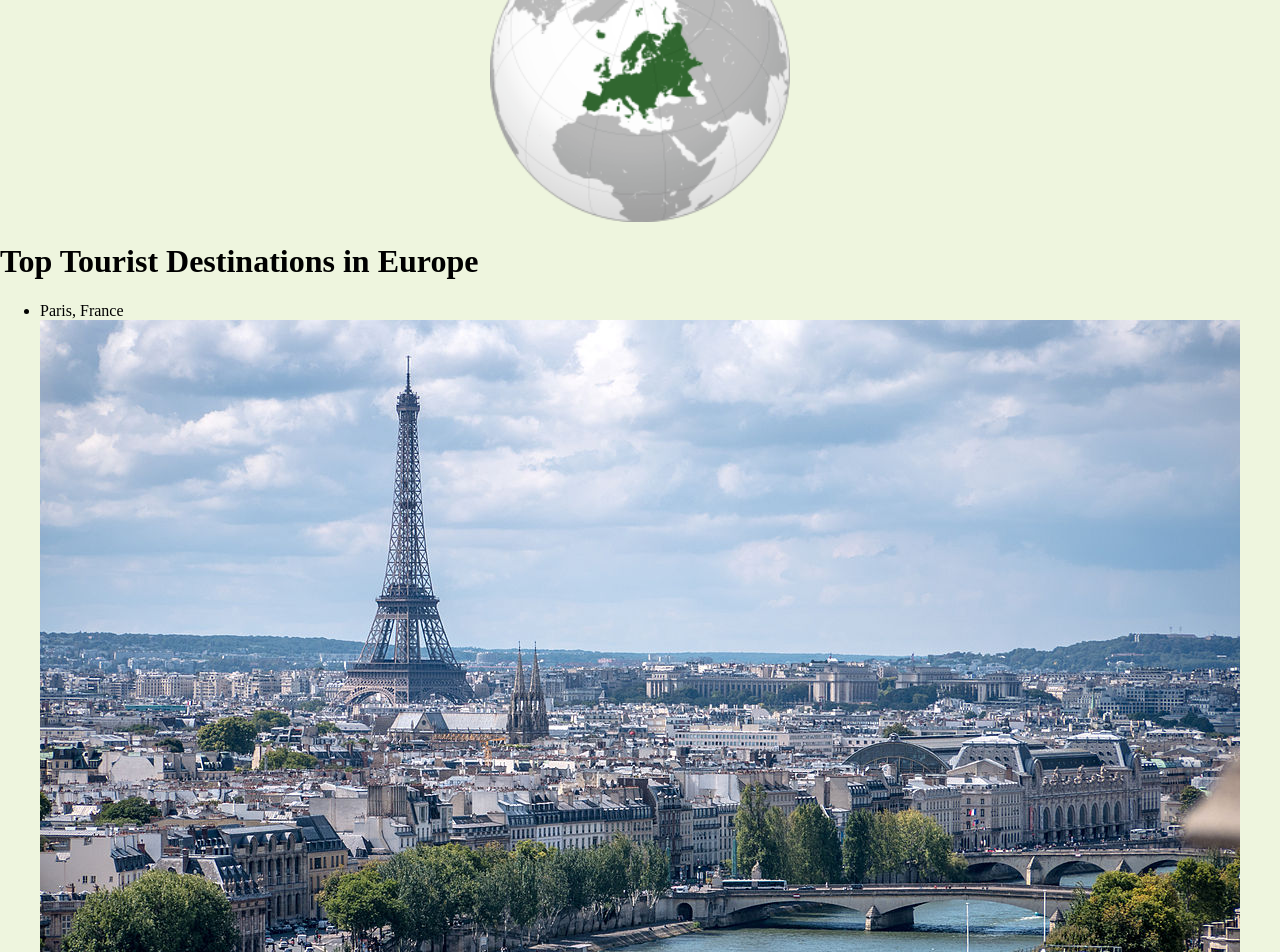
Repository: alharama/StaticWebsite
Page: eu_page.html
The author's editor kept a copy of each file at every save. The page is drawn from the files as they stood at one save, then again after the next save.
The browser window is 1280 px wide. The pictures show the part of the page from y = 387 to 1339 px (the page is 3681 px tall before and 3356 px after).
Pictures or frames that could not be fetched are drawn as grey boxes. A picture or video elsewhere on the page could not be fetched, so the positions and the page height are approximate.

Above is the page before, as saved 2021-09-29 21:13:09.

After the next save:
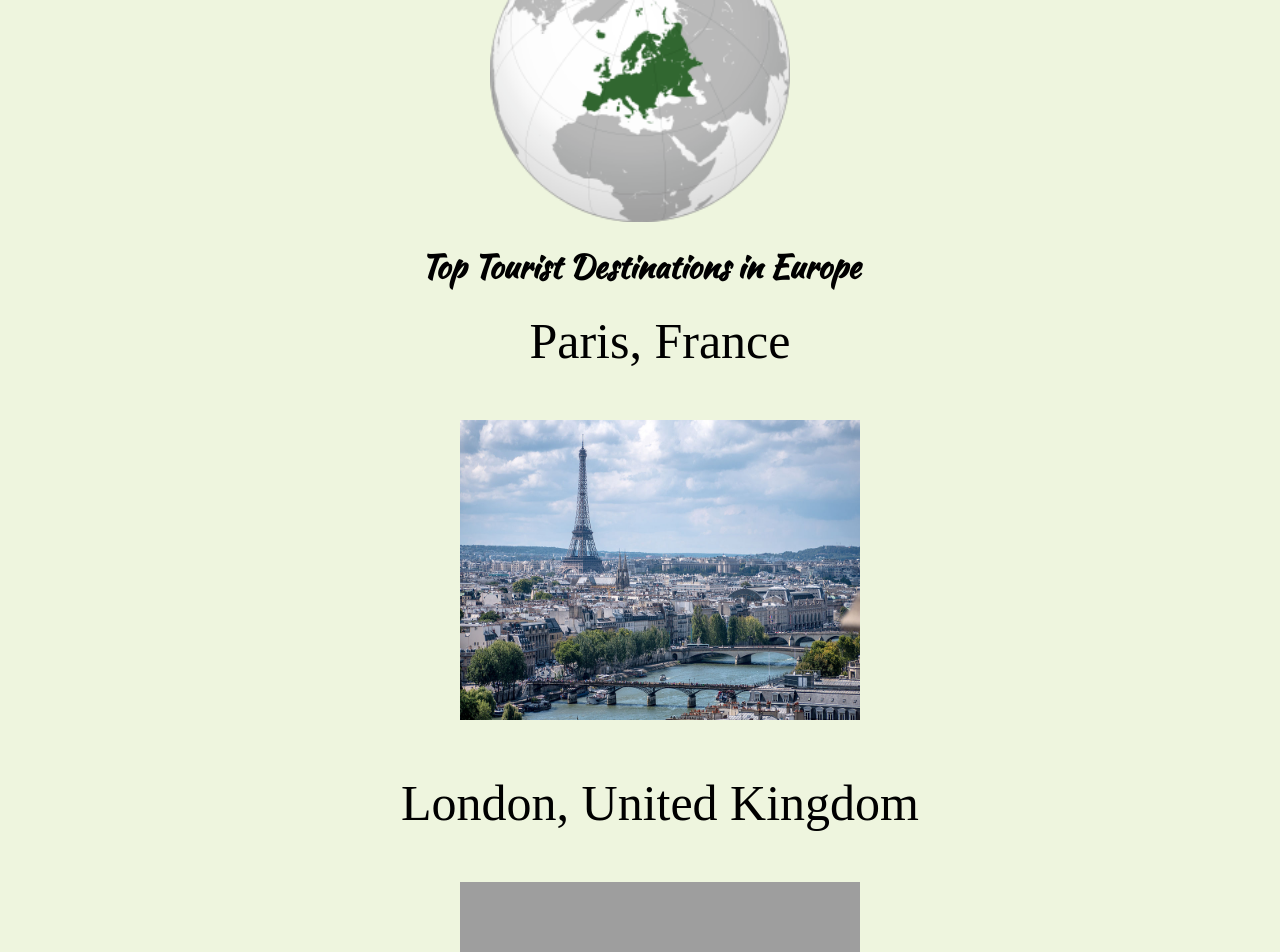
Saved 23 s later.
--- a/eu_page.html
+++ b/eu_page.html
@@ -68,6 +68,35 @@
 
         }
 
+
+        h1 {
+            text-align: center;
+            font-family: 'Kaushan Script', cursive;
+        }
+
+        .tourist_spots {
+            text-align: center;
+        }
+        .tourist_spots li {
+            list-style: none;
+            text-align: center;
+            font-size: 50px;
+
+        }
+
+
+        #dest {
+            width: 400px;
+            height: 300px;
+            padding: 50px;
+        }
+
+        #other_dest_header {
+            font-size: 50px;
+        }
+        .extra_destinations li{
+            font-size: 20px;
+        }
 
     </style>
 
